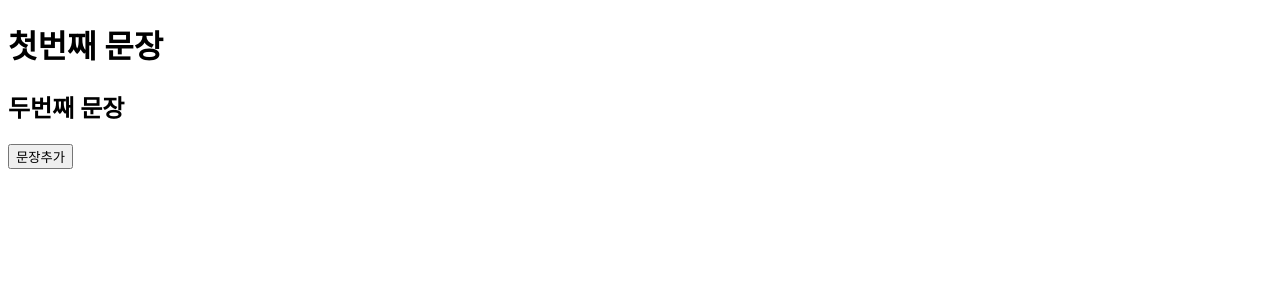
Repository: chopilyeon/JavaWeb
Page: LectureWeb/src/main/webapp/jquery/exam04.html
These files come from the project's save history. The page is drawn as it stood at one moment and after the next save; the edit follows.
The browser window is 1280 px wide. The pictures show the whole page.

Above is the page before, as saved 2022-05-30 07:58:12.

### LectureWeb/src/main/webapp/jquery/exam04.html
<!DOCTYPE html>
<html>
<head>
<meta charset="UTF-8">
<title>Insert title here</title>

<script src ="https://code.jquery.com/jquery-3.6.0.js"></script>
<script>
$(document).ready(function(){
/*
	$('#btn01').click(function(){
		let h1Tag=document.createElement('h1')
		let text=document.createTextNode("세번째 문장")
		h1Tag.appendChild(text)
		let divTag=document.querySelector('div')
		divTag
		divTag.appendChild(h1Tag)
	})
*/	$('#btn01').click(function(){

	//$('div').append('<h1>세번째 문장</h1>')
	$('div').prepend('<h1>세번째 문장</h1>') // 이거는 큰자식으로 들어가게 됨
	//div의 자식태그로 넣어주겠다 이거임. 위에꺼보다 훨씬 간단함.
})


})
</script>



</head>
<body>
	<div>
		<h1>첫번째 문장</h1>
		<h2>두번째 문장</h2>
	</div>
	<button id="btn01">문장추가</button>


</body>
</html>

After the next save:
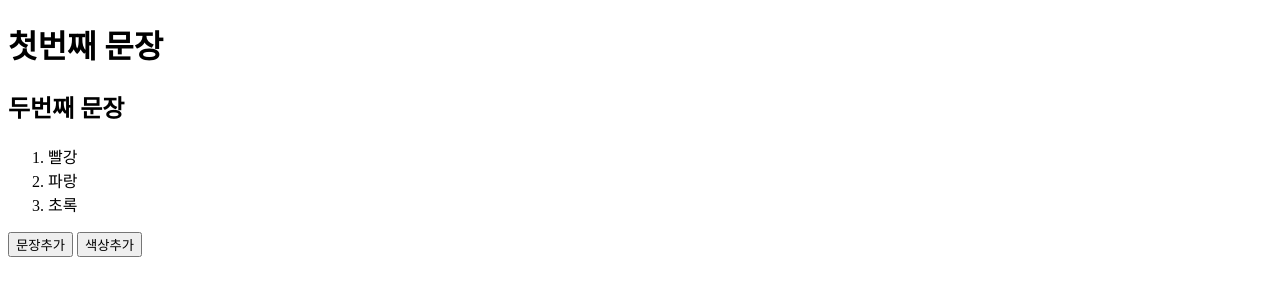
Saved 60 s later.
--- a/LectureWeb/src/main/webapp/jquery/exam04.html
+++ b/LectureWeb/src/main/webapp/jquery/exam04.html
@@ -35,8 +35,14 @@ $(document).ready(function(){
 		<h1>첫번째 문장</h1>
 		<h2>두번째 문장</h2>
 	</div>
+	<ol>
+		<li>빨강</li>
+		<li>파랑</li>
+		<li>초록</li>
+
+	</ol>
 	<button id="btn01">문장추가</button>
-
+	<button id="btn02">색상추가</button>
 
 </body>
 </html>
